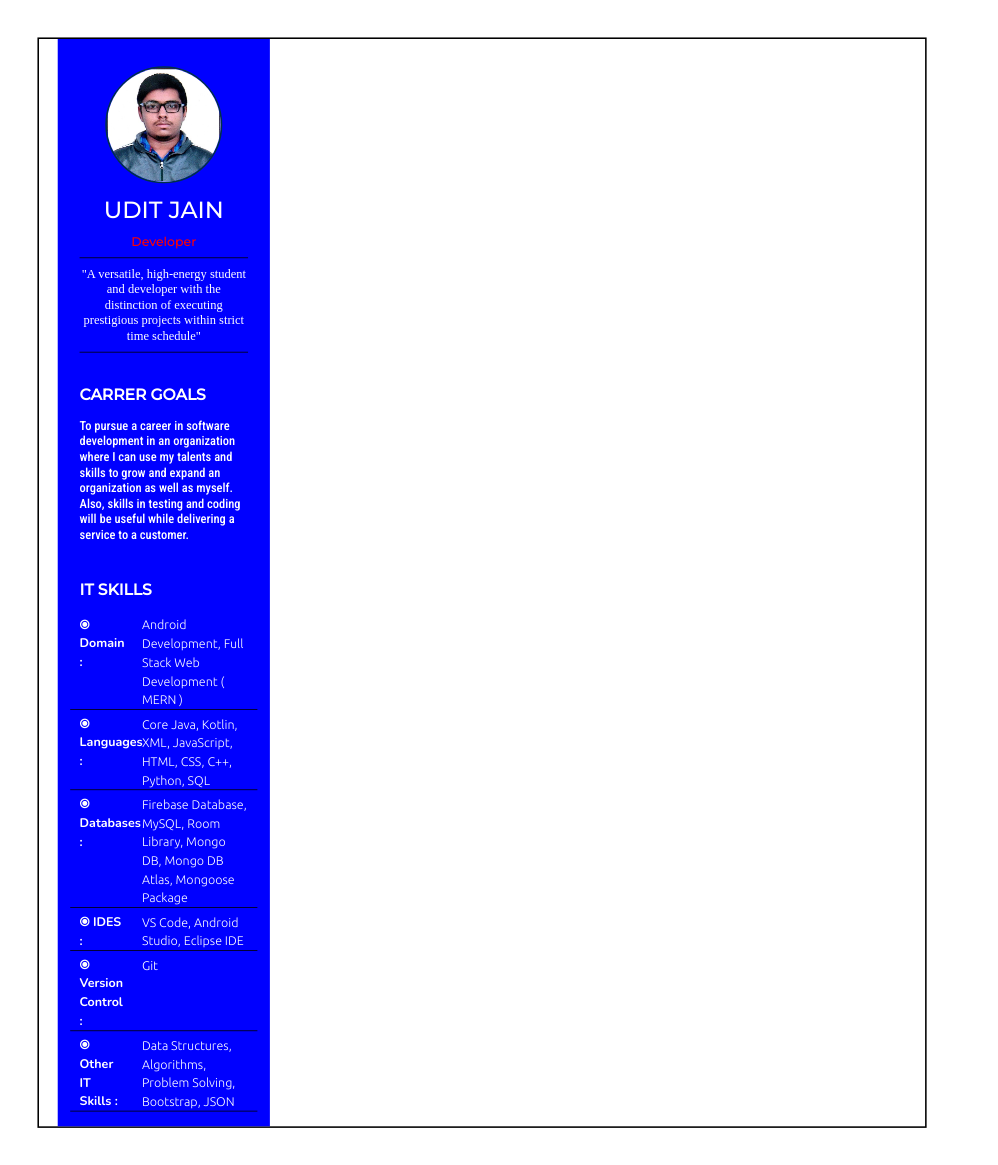
Repository: uditjain100/Resume
Page: app.html
An editor plug-in stored every save of this project. The page is shown before and after the next save, followed by the edit.
The browser window is 1280 px wide. The pictures show the whole page, at 78% of full size.
Some web fonts or font styles are not loaded; a fallback is used.

Above is the page before, as saved 2021-05-27 16:31:54.

### app.html
<!DOCTYPE html>
<html lang="en">
	<head>
		<meta charset="UTF-8" />
		<meta http-equiv="X-UA-Compatible" content="IE=edge" />
		<meta name="viewport" content="width=device-width, initial-scale=1.0" />
		<title>RESUME : Udit Jain</title>
		<link rel="stylesheet" href="app.css" />
		<script
			src="https://code.jquery.com/jquery-3.5.1.min.js"
			integrity="sha256-9/aliU8dGd2tb6OSsuzixeV4y/faTqgFtohetphbbj0="
			crossorigin="anonymous"
		></script>
		<link
			href="https://cdn.jsdelivr.net/npm/bootstrap@5.0.0-beta1/dist/css/bootstrap.min.css"
			rel="stylesheet"
			integrity="sha384-giJF6kkoqNQ00vy+HMDP7azOuL0xtbfIcaT9wjKHr8RbDVddVHyTfAAsrekwKmP1"
			crossorigin="anonymous"
		/>

		<link rel="preconnect" href="https://fonts.gstatic.com" />
		<link
			href="https://fonts.googleapis.com/css2?family=Montserrat:wght@300;500&display=swap"
			rel="stylesheet"
		/>
		<link
			href="https://fonts.googleapis.com/css2?family=Roboto+Condensed:wght@500&display=swap"
			rel="stylesheet"
		/>
		<link
			href="https://fonts.googleapis.com/css2?family=Spartan:wght@500&display=swap"
			rel="stylesheet"
		/>
		<link
			href="https://fonts.googleapis.com/css2?family=Red+Hat+Display&display=swap"
			rel="stylesheet"
		/>
		<link
			href="https://fonts.googleapis.com/css2?family=Ubuntu:wght@300&display=swap"
			rel="stylesheet"
		/>
		<link
			href="https://fonts.googleapis.com/css2?family=Quicksand:wght@700&display=swap"
			rel="stylesheet"
		/>
		<link
			href="https://fonts.googleapis.com/css2?family=Nunito:wght@700&display=swap"
			rel="stylesheet"
		/>
		<link
			href="https://fonts.googleapis.com/css2?family=Akaya+Kanadaka&display=swap"
			rel="stylesheet"
		/>
		<link
			href="https://fonts.googleapis.com/css2?family=Poppins:wght@400&display=swap"
			rel="stylesheet"
		/>
	</head>
	<body>
		<main class="container row my-5 mx-5" id="wholewindow">
			<section id="leftwindow" class="col-3">
				<article id="namebox">
					<img
						id="profileimg"
						src="profile.jpg"
						class="card-img-top"
						alt="..."
					/>
					<div class="card-body">
						<h3 class="card-title" style="font-size: 30px; font-weight: 400">
							UDIT JAIN
						</h3>
						<h6 class="card-subtitle mx-auto">Developer</h6>
						<p id="summary">
							"A versatile, high-energy student and developer with the
							distinction of executing prestigious projects within strict time
							schedule"
						</p>
					</div>
				</article>
				<article id="goalbox">
					<div class="card-body">
						<h3 class="card-title">CARRER GOALS</h3>
						<p>
							To pursue a career in software development in an organization
							where I can use my talents and skills to grow and expand an
							organization as well as myself. Also, skills in testing and coding
							will be useful while delivering a service to a customer.
						</p>
					</div>
				</article>
				<article id="itskillsbox">
					<div class="card-body">
						<h3 class="card-title">IT SKILLS</h3>
						<ul class="list-group">
							<li id="itskillsitem" class="row">
								<span class="col-4" id="que">⦿ Domain : </span>
								<span class="col-8" id="ans"
									>Android Development, Full Stack Web Development ( MERN
									)</span
								>
							</li>
							<li id="itskillsitem" class="row">
								<span class="col-4" id="que">⦿ Languages : </span>
								<span class="col-8" id="ans"
									>Core Java, Kotlin, XML, JavaScript, HTML, CSS, C++, Python,
									SQL</span
								>
							</li>
							<li id="itskillsitem" class="row">
								<span class="col-4" id="que">⦿ Databases : </span>
								<span class="col-8" id="ans"
									>Firebase Database, MySQL, Room Library, Mongo DB, Mongo DB
									Atlas, Mongoose Package</span
								>
							</li>
							<li id="itskillsitem" class="row">
								<span class="col-4" id="que">⦿ IDES : </span>
								<span class="col-8" id="ans"
									>VS Code, Android Studio, Eclipse IDE</span
								>
							</li>
							<li id="itskillsitem" class="row">
								<span class="col-4" id="que">⦿ Version Control : </span>
								<span class="col-8" id="ans">Git</span>
							</li>
							<li id="itskillsitem" class="row">
								<span class="col-4" id="que">⦿ Other IT Skills : </span>
								<span class="col-8" id="ans"
									>Data Structures, Algorithms, Problem Solving, Bootstrap,
									JSON</span
								>
							</li>
						</ul>
					</div>
				</article>
			</section>
			<section id="rightwindow" class="col-9"></section>
		</main>
	</body>
</html>

### app.css
/* * Common Section */

@keyframes transitionIn {
	from {
		opacity: 0;
		transform: rotateY(-10deg);
	}
	to {
		opacity: 1;
		transform: rotateY(0);
	}
}

html {
	animation: transitionIn 1s;
}

p {
	font-family: "Roboto Condensed", sans-serif;
	line-height: 20px;
}

/*  ********************* resume work */

#wholewindow {
	margin-top: 100px;
	border: 2px black solid;
	display: flex;
	flex-direction: row;
	flex-wrap: wrap;
	justify-content: space-evenly;
	/* align-items: center; */
}

#leftwindow {
	background-color: blue;
	color: white;
	padding-top: 25px;
	min-width: 250px;
}

#rightwindow {
	margin-top: 20px;
	min-width: 250px;
}

#namebox {
	display: flex;
	flex-direction: column;
	flex-wrap: wrap;
	align-items: center;
	text-align: center;
	font-family: "Montserrat";
}

#profileimg {
	width: 150px;
	height: 150px;
	border-radius: 50%;
	border: 2px #003049 solid;
	margin-top: 10px;
}
#summary {
	font-family: "Akaya Kanadaka";
	margin-top: 10px;
	margin-bottom: 10px;
	padding-top: 10px;
	padding-bottom: 10px;

	border-bottom: 1px black solid;
	border-top: 1px black solid;
}

.card-subtitle {
	color: red;
}

#itskillsitem,
#managementskillsitem {
	border-bottom: 1px black solid;
	margin-top: 3px;
	margin-bottom: 3px;
}

#que {
	font-family: "Nunito";
	font-weight: 900;
	text-align: left;
}

#ans {
	font-family: "Ubuntu";
	font-weight: 400;
	text-align: left;
}

li img {
	width: 15px;
	height: 15px;
	border-radius: 50%;
	margin-right: 5px;
}

#contactitem {
	font-family: "Nunito";
}

#contactitem div a {
	color: black;
	text-decoration: none;
	transition: 0.3s;
}

#contactitem div a:hover {
	color: dodgerblue;
	text-decoration: underline;
}

#educationtitle {
	font-family: "Red Hat Display";
	font-weight: 200;
}

#educationitem,
#projectitem {
	margin-bottom: 10px;
	padding-bottom: 10px;
	border-bottom: 1px black solid;
}

#details {
	font-family: "Ubuntu";
}

#institutename {
	text-decoration: underline;
}

#timestamp {
	font-size: 13px;
}

#stream {
	font-size: 16px;
	font-weight: 400;
}

#subjects {
	font-size: 10px;
	font-weight: 300;
}

#marks {
	font-size: 15px;
	font-weight: 700;
}

#projecttitle {
	font-family: "Red Hat Display";
	font-weight: 400;
}

#projectdetails {
	margin-left: 25px;
}

.card {
	background-color: black;
}

.card-title {
	font-family: "Montserrat";
	font-weight: 900;
	font-size: 20px;
	padding-bottom: 10px;
	border: none;
}

/* * Common Section */

.footer {
	position: -webkit-sticky;
	left: 0;
	bottom: 0;
	width: 100%;
	color: white;
	text-align: center;
	font-family: "Montserrat";
}

After the next save:
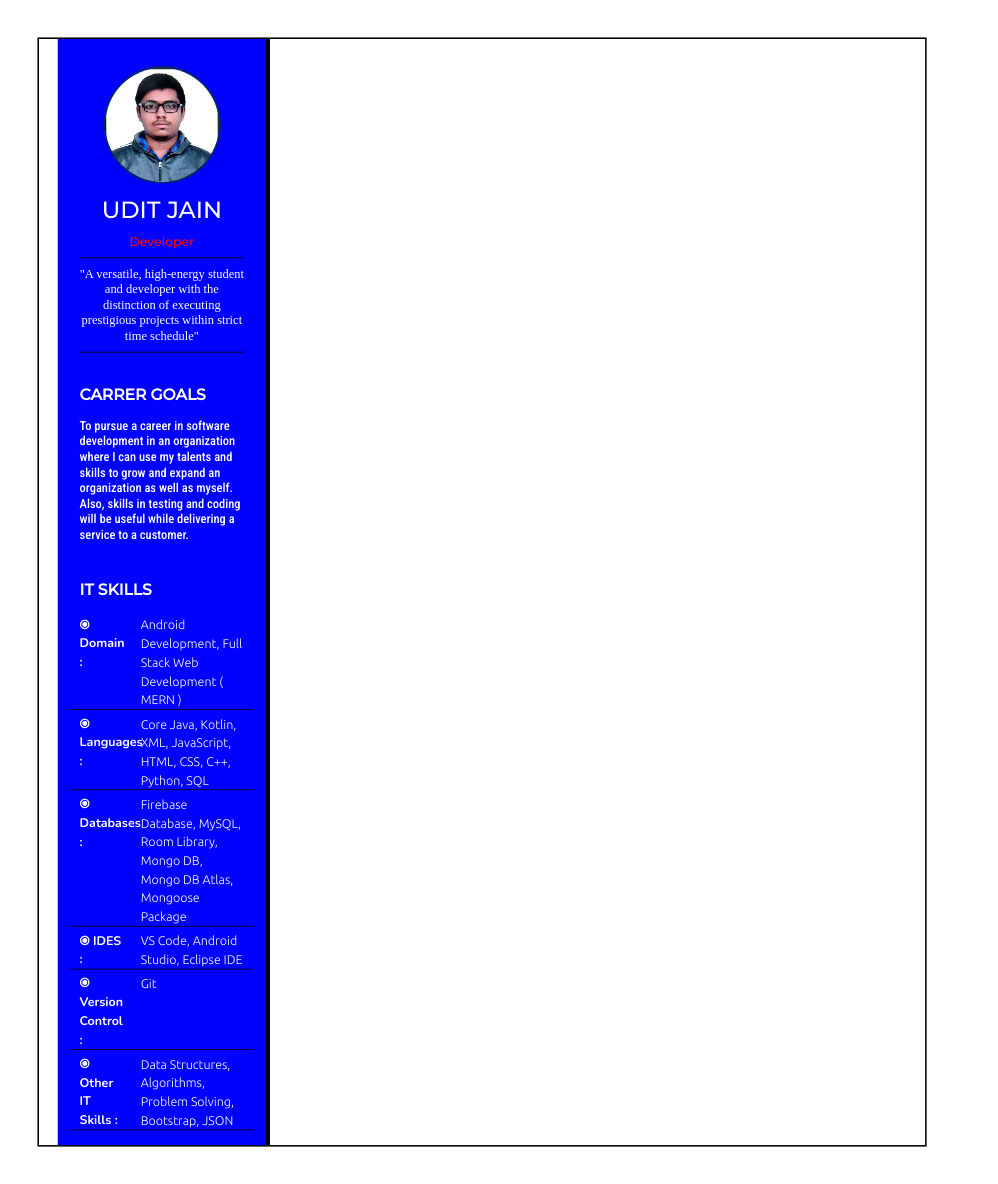
Saved 77 s later.
--- a/app.css
+++ b/app.css
@@ -34,6 +34,7 @@ p {
 
 #leftwindow {
 	background-color: blue;
+	border-right: 5px black solid;
 	color: white;
 	padding-top: 25px;
 	min-width: 250px;
